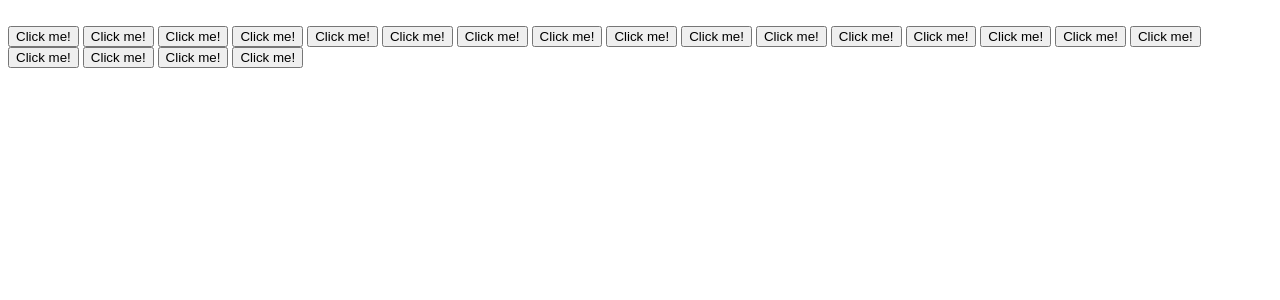
Repository: tomekgrad/Warsztaty_1
Page: EgzaminJS/WAR_JEE_S_06_Exam_4/zadanie05.html
The author's editor kept a copy of each file at every save. The page is drawn from the files as they stood at one save, then again after the next save.
The browser window is 1280 px wide. The pictures show the whole page.
After loading, the first visible `button` was clicked once.

Above is the page before, as saved 2018-05-25 08:13:11.

### EgzaminJS/WAR_JEE_S_06_Exam_4/zadanie05.html
<!DOCTYPE html>
<html lang="en">
  <head>
    <meta charset="UTF-8">
    <title>Zadanie 5</title>
    <script type="text/JavaScript" src="js/zadanie05.js"></script>
  </head>
  <body>
  <div id="container"></div><br>
  <button data-text="Tekst do guzika 1">Click me!</button>
  <button data-text="Tekst do guzika 2">Click me!</button>
  <button data-text="Tekst do guzika 3">Click me!</button>
  <button data-text="Tekst do guzika 4">Click me!</button>
  <button data-text="Tekst do guzika 5">Click me!</button>
  <button data-text="Tekst do guzika 6">Click me!</button>
  <button data-text="Tekst do guzika 7">Click me!</button>
  <button data-text="Tekst do guzika 8">Click me!</button>
  <button data-text="Tekst do guzika 9">Click me!</button>
  <button data-text="Tekst do guzika 10">Click me!</button>
  <button data-text="Tekst do guzika 11">Click me!</button>
  <button data-text="Tekst do guzika 12">Click me!</button>
  <button data-text="Tekst do guzika 13">Click me!</button>
  <button data-text="Tekst do guzika 14">Click me!</button>
  <button data-text="Tekst do guzika 15">Click me!</button>
  <button data-text="Tekst do guzika 16">Click me!</button>
  <button data-text="Tekst do guzika 17">Click me!</button>
  <button data-text="Tekst do guzika 18">Click me!</button>
  <button data-text="Tekst do guzika 19">Click me!</button>
  <button data-text="Tekst do guzika 20">Click me!</button>
      <script type="text/JavaScript" src="js/zadanie05.js"></script>
  </body>
</html>

### EgzaminJS/WAR_JEE_S_06_Exam_4/js/zadanie05.js
/*
 * Zadanie 3 (3 pkt)

    Do wszystkich przycisków znajdujących się na stronie dopisz event,
    który po naciśnięciu spowoduje, że w elemencie div pokaże się tekst trzymany w data-text.

Korzystaj z JavaScript.
 */



var btns = document.querySelectorAll('button');
console.log(btns);
//var box = document.querySelector('div');



 for (var i = 0; i < btns.length; i++) {
   btns[i].addEventListener('click', function() {
     //this wskazuje klikniety przycisk
    console.log(this.dataset.text);


   //  box.innerText = this.dataset.text;

   });

 }

After the next save:
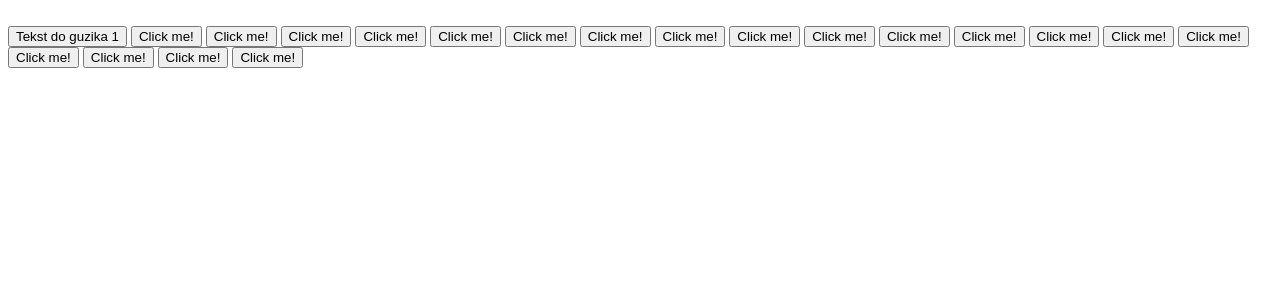
Saved 25 s later.
--- a/EgzaminJS/WAR_JEE_S_06_Exam_4/js/zadanie05.js
+++ b/EgzaminJS/WAR_JEE_S_06_Exam_4/js/zadanie05.js
@@ -19,7 +19,7 @@ console.log(btns);
    btns[i].addEventListener('click', function() {
      //this wskazuje klikniety przycisk
     console.log(this.dataset.text);
-
+ this.innerText = this.dataset.text;
 
    //  box.innerText = this.dataset.text;
 
